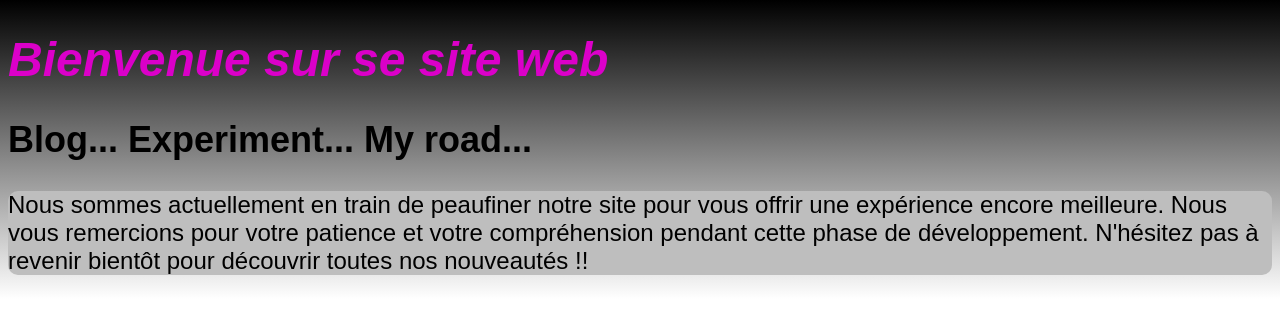
Repository: ValetteEvan/PersonalWebApp
Page: index.html
The author's editor kept a copy of each file at every save. The page is drawn from the files as they stood at one save, then again after a run of saves.
The browser window is 1280 px wide. The pictures show the whole page.

Above is the page before, as saved 2025-01-07 18:07:29.

After the next 2 saves:
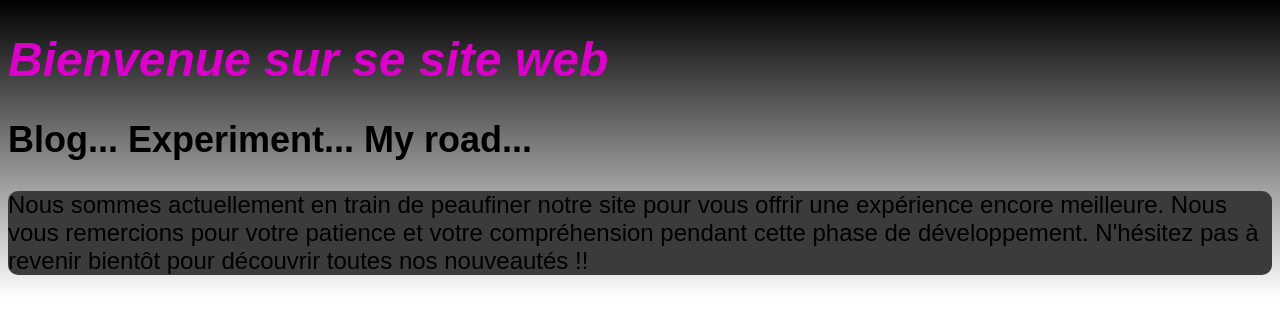
The 2 saves are shown as one change because they came seconds apart.
The last was saved 7 s later.
--- a/style.css
+++ b/style.css
@@ -22,6 +22,6 @@ h1 {
 
 .firstParagraph {
 
-    background-color: rgb(190, 190, 190);
+    background-color: rgb(59, 59, 59);
     border-radius: 10px;
 }
